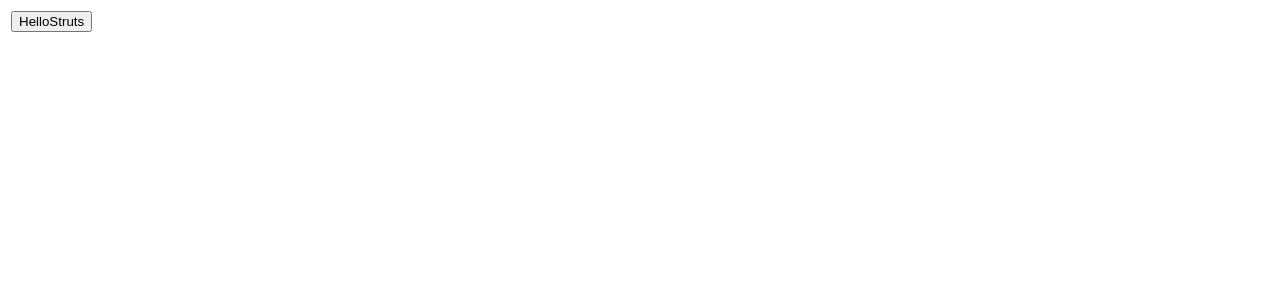
Repository: k-o7777/test
Page: http://localhost/WebProj3/
An editor plug-in stored every save of this project. The page is shown before and after the next save, followed by the edit.
The browser window is 1280 px wide. The pictures show the whole page.
The page is served by Tomcat 9.

Above is the page before, as saved 2019-09-02 08:36:24.

After the next save:
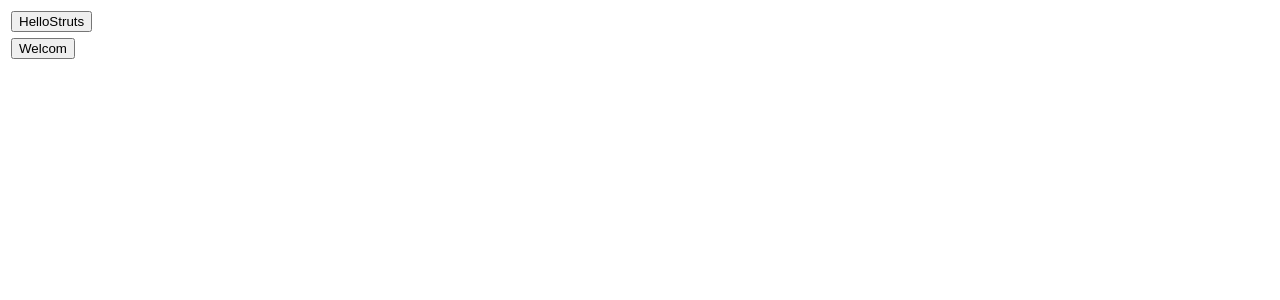
Saved 2 min 26 s later.
--- a/WebProj3/WebContent/index.jsp
+++ b/WebProj3/WebContent/index.jsp
@@ -12,5 +12,9 @@
 		<s:submit value="HelloStruts"/>
 	</s:form>
 
+	<s:form action="WelcomAction">
+		<s:submit value="Welcom"/>
+	</s:form>
+
 </body>
 </html>
